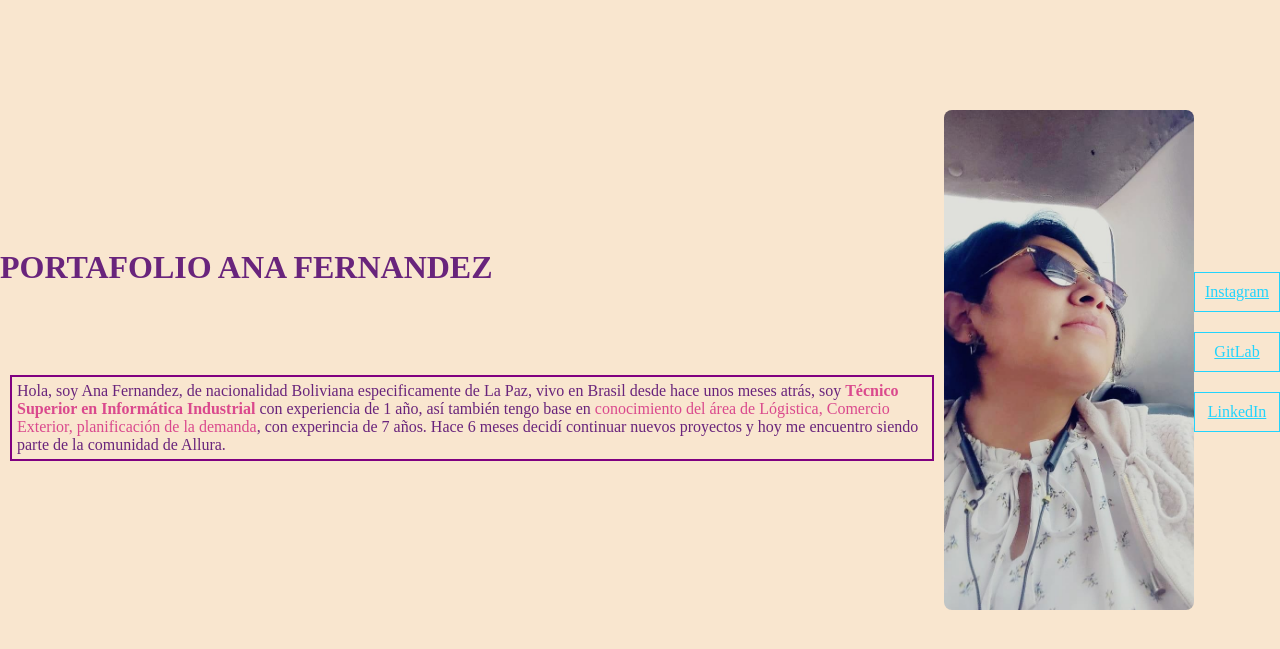
Repository: AnaFzCz/PROYECTOS-HTML---CSS2
Page: Portafolio/index.html
These files come from the project's save history. The page is drawn as it stood at one moment and after the next save; the edit follows.
The browser window is 1280 px wide. The pictures show the whole page.

Above is the page before, as saved 2025-01-25 06:11:27.

### Portafolio/index.html
<!DOCTYPE html>
<html lang="en">
<head>
    <meta charset="UTF-8">
    <meta http-equiv="X-UA-Compatible" content="IE=edge">
    <meta name="viewport" content="width=device-width, initial-scale=1.0">
    <title>Portafolio</title>
    <link rel="stylesheet" href="style.css">
</head>
<body>
    <header>

    </header>
    <main class="presentacion">
        <div class="container responsivo-container">
        <h1 style="text-align: center;">PORTAFOLIO ANA FERNANDEZ</h1>
        <p>Hola, soy Ana Fernandez, de nacionalidad Boliviana especificamente de La Paz, vivo en Brasil desde hace unos meses atrás, soy <strong class="destacar">Técnico Superior en Informática Industrial</strong> con experiencia de 1 año, así también tengo base en <span>conocimiento del área de Lógistica, Comercio Exterior, planificación de la demanda</span>, con experincia de 7 años. Hace 6 meses decidí continuar nuevos proyectos y hoy me encuentro siendo parte de la comunidad de Allura.</p>
    </div>
    <div>
        <img src="mindfullness.jpg" alt="myself" style="width:250px;height: 500px;">

    </div>
        <div class="bloq" >
        <a class="bot" href="https://instagram.com/anafzcz">Instagram</a>
        <a class="bot" href="https://github.com/AnaFzCz">GitLab</a>
        <a class="bot" href="https://linkedin.com/in/ana-fernandez-cruz-238787124">LinkedIn</a>
        <br>
        <br>

        </div>

    </main>
    <footer></footer>
</body>
</html>

### Portafolio/style.css
/*Resetear configuraciones*/
*{
  margin:0;
  padding: 0;
}

body{
  height:100vh;
  display: flex;
  box-sizing: border-box;
  justify-content: center;
  align-items:center;
  background-color: #F9E6CF;
  color:#69247C;
  font-family: "papyrus";
}

p {
  margin: 10px;
  border: 2px solid purple;
  padding: 5px;
}

.destacar{
  color:#DA498D;
}

/*contenedor de las columnas*/
.presentacion{
  display: flex;
  align-items: center;
  justify-content: space-between;
}

.container {
  display: flex;
  align-items: center;
  height: 300px; /* Altura ajustável conforme necessário */
}

.responsivo-container {
  display: flex;
  flex-direction: row;
  flex-wrap: wrap;
}

span{
 color:#DA498D;
}

a{
  color: #22D4FD;
  border: 1px solid #22D4FD;
  padding: 10px;
  text-align: center;
}
.bot {
  margin-top: 20px;
  display: flex;
  justify-content: center;
}

h1 {
   align-content: center;
}
img {
    border-radius: 8px;
    display: block;
    margin-left: auto;
    margin-right: auto;
  }

  img:hover {
    transform: scaleX(-1);
  }

After the next save:
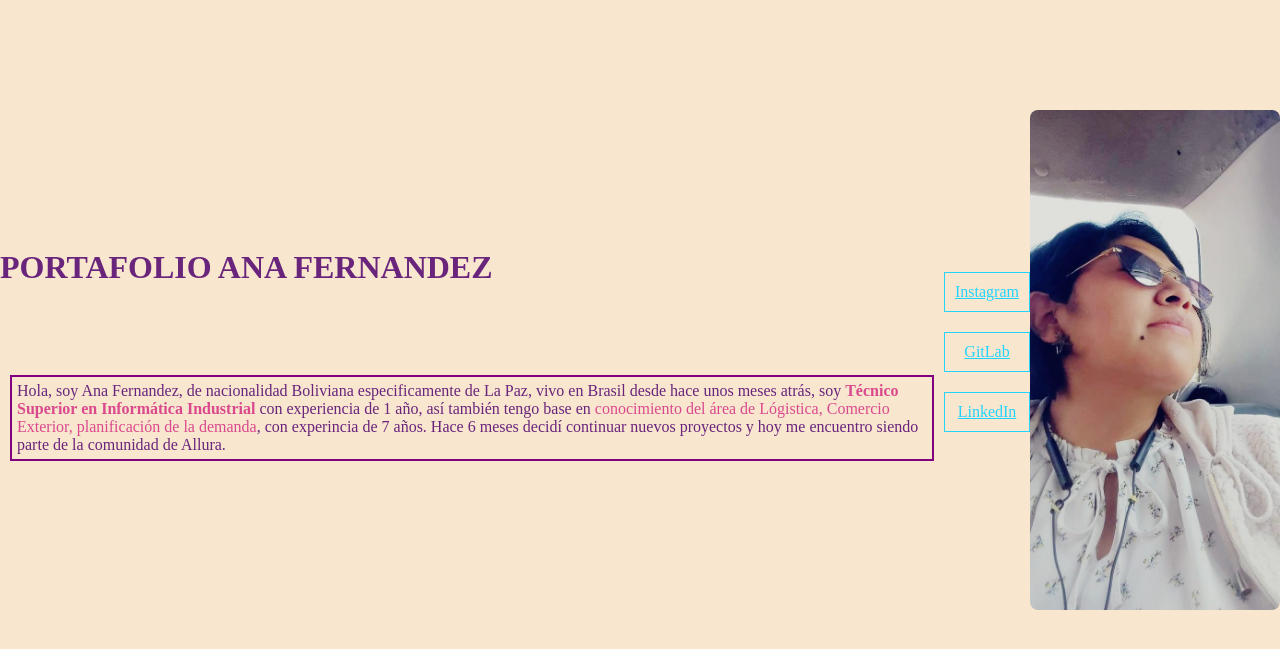
Saved 6 min 52 s later.
--- a/Portafolio/index.html
+++ b/Portafolio/index.html
@@ -16,18 +16,19 @@
         <h1 style="text-align: center;">PORTAFOLIO ANA FERNANDEZ</h1>
         <p>Hola, soy Ana Fernandez, de nacionalidad Boliviana especificamente de La Paz, vivo en Brasil desde hace unos meses atrás, soy <strong class="destacar">Técnico Superior en Informática Industrial</strong> con experiencia de 1 año, así también tengo base en <span>conocimiento del área de Lógistica, Comercio Exterior, planificación de la demanda</span>, con experincia de 7 años. Hace 6 meses decidí continuar nuevos proyectos y hoy me encuentro siendo parte de la comunidad de Allura.</p>
     </div>
+
+<div class="bloq" >
+<a class="bot" href="https://instagram.com/anafzcz">Instagram</a>
+<a class="bot" href="https://github.com/AnaFzCz">GitLab</a>
+<a class="bot" href="https://linkedin.com/in/ana-fernandez-cruz-238787124">LinkedIn</a>
+<br>
+<br>
+
+</div>
     <div>
         <img src="mindfullness.jpg" alt="myself" style="width:250px;height: 500px;">
 
-    </div>
-        <div class="bloq" >
-        <a class="bot" href="https://instagram.com/anafzcz">Instagram</a>
-        <a class="bot" href="https://github.com/AnaFzCz">GitLab</a>
-        <a class="bot" href="https://linkedin.com/in/ana-fernandez-cruz-238787124">LinkedIn</a>
-        <br>
-        <br>
-
-        </div>
+   </div>
 
     </main>
     <footer></footer>
